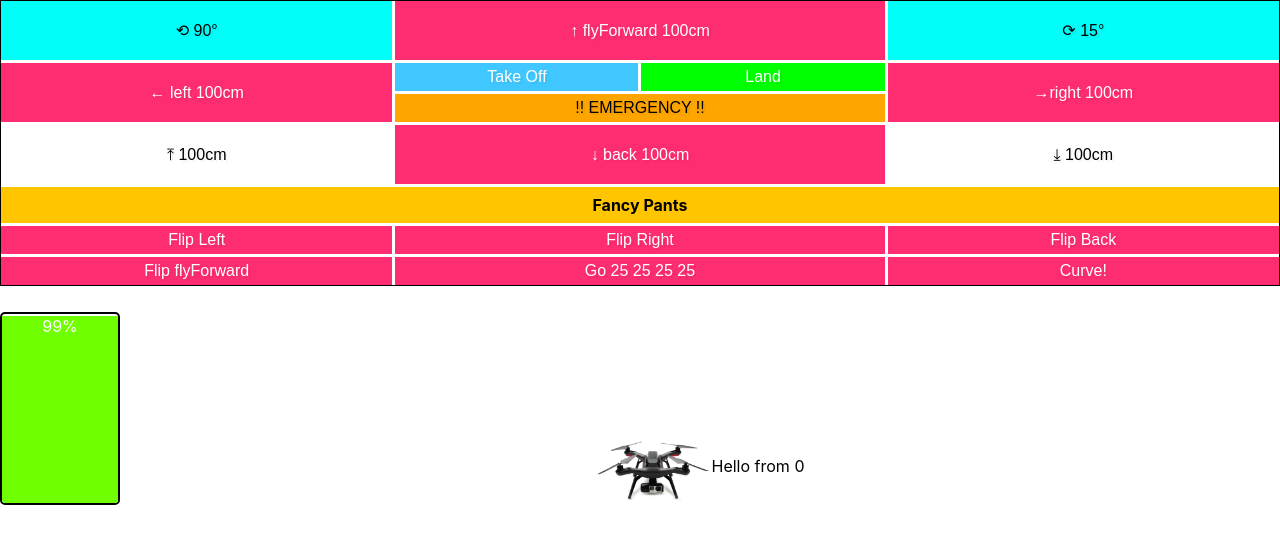
Repository: JivkoJelev91/Drone-Simulator
Page: /
These files come from the project's save history. The page is drawn as it stood at one moment and after the next save; the edit follows.
The browser window is 1280 px wide. The pictures show the whole page.
The project was rebuilt for these pictures with package versions that can differ from the ones it lists, and the page was loaded fresh each time.

Above is the page before, as saved 2018-12-20 16:43:22.

After the next save:
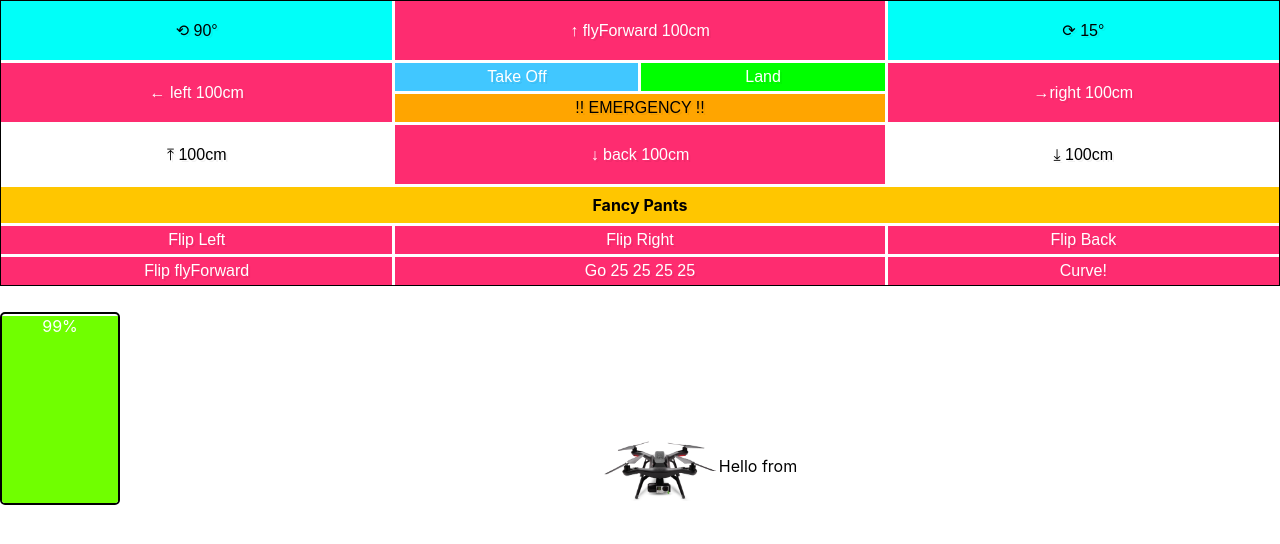
Saved 2 min 1 s later.
--- a/src/Buttons/Drone.js
+++ b/src/Buttons/Drone.js
@@ -15,7 +15,7 @@
             </div>
             <CommandState.Consumer>
               {(context) => (
-                <p>Hello from {context.forward} </p>
+                <p>Hello from {console.log(context)} </p>
                   )}
             </CommandState.Consumer>
           </div>
